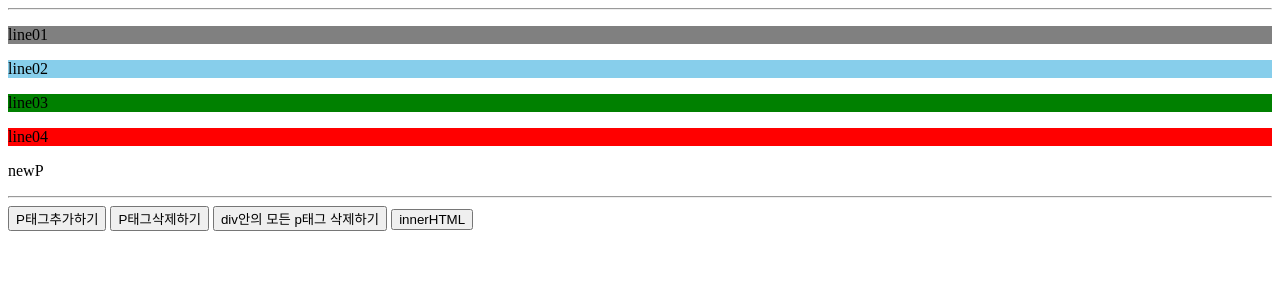
Repository: insunkang/JSP
Page: clientweb/WebContent/jQuery/domExam.html
An editor plug-in stored every save of this project. The page is shown before and after the next save, followed by the edit.
The browser window is 1280 px wide. The pictures show the whole page.
After loading, the first visible `button` was clicked once.

Above is the page before, as saved 2020-01-10 04:43:54.

### clientweb/WebContent/jQuery/domExam.html
<!DOCTYPE html>
<html>
<head>
	<meta http-equiv="Content-Type" content="text/html; charset=EUC-KR">
	<title>Insert title here</title>
	<script type="text/javascript">

	function insertP() {
		pNode = document.createElement("p");
		pNode.setAttribute("style", "background: yello;")
		textNode = document.createTextNode("newP");
		pNode.appendChild(textNode);

		parentNode = document.getElementById("root");

		parentNode.appendChild(pNode);
	}




	</script>
</head>
<body>
	<div id="layer"></div>

	<hr>

	<div id="root">
		<p style="background: gray;">line01</p>
		<p style="background: skyblue">line02</p>
		<p style="background: green;">line03</p>
		<p style="background: red;">line04</p>
	</div>

	<hr>
	<button onclick="insertP()">P태그추가하기</button>
	<button onclick="deleteP()">P태그삭제하기</button>
	<button onclick="deleteDivAndP()">div안의 모든 p태그 삭제하기</button>
	<button onclick="innerHTML_test()">innerHTML</button>


</body>
</html>

After the next save:
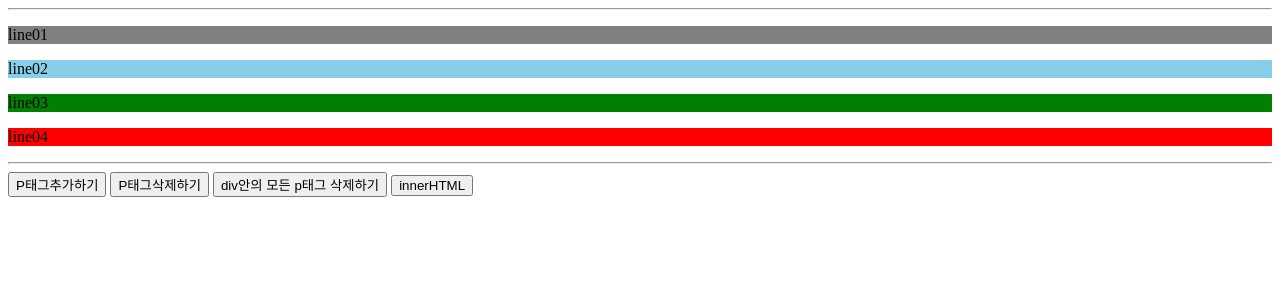
Saved 63 s later.
--- a/clientweb/WebContent/jQuery/domExam.html
+++ b/clientweb/WebContent/jQuery/domExam.html
@@ -8,8 +8,8 @@
 	function insertP() {
 		pNode = document.createElement("p");
 		pNode.setAttribute("style", "background: yello;")
-		textNode = document.createTextNode("newP");
-		pNode.appendChild(textNode);
+		//textNode = document.createTextNode("newP");
+		//pNode.appendChild(textNode);
 
 		parentNode = document.getElementById("root");
 
